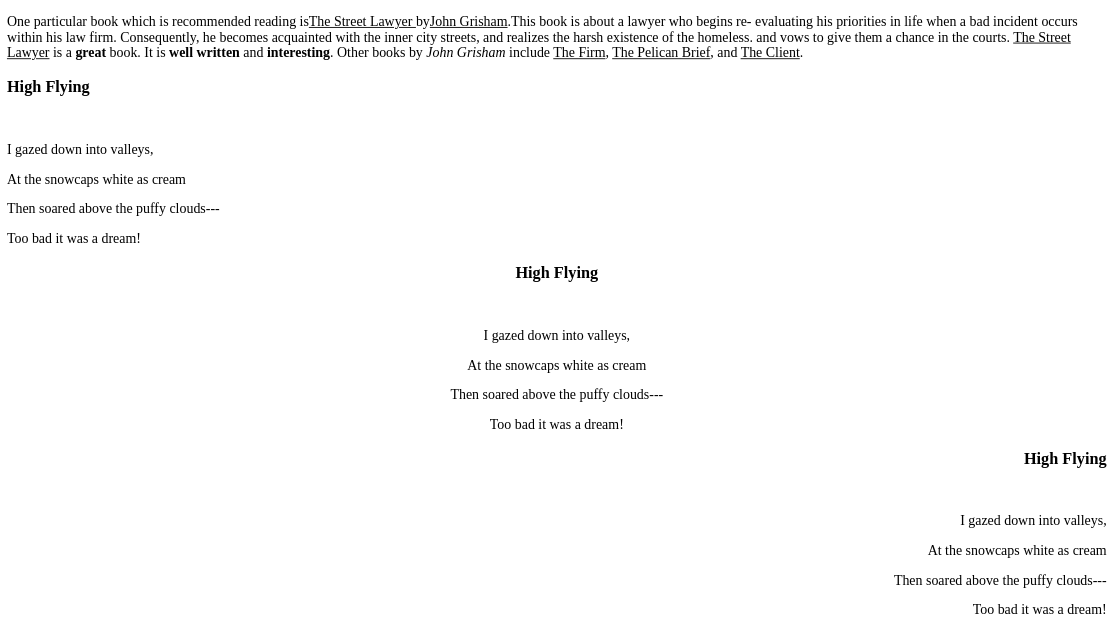
Repository: thu1365/TH_HTCNWEB
Page: HTML/Tuan01/BT.html
The author's editor kept a copy of each file at every save. The page is drawn from the files as they stood at one save, then again after the next save.
The browser window is 1280 px wide. The pictures show the whole page, at 87% of full size.

Above is the page before, as saved 2023-02-20 21:14:50.

### HTML/Tuan01/BT.html
<!DOCTYPE html>
<html lang="en">
<head>
    <meta charset="UTF-8">
    <meta http-equiv="X-UA-Compatible" content="IE=edge">
    <meta name="viewport" content="width=device-width, initial-scale=1.0">
    <title>Document</title>
</head>

<body>
    <body>
        <p> One particular book which is recommended reading is<u>The Street Lawyer </u>by<u>John Grisham</u>.This book is about a lawyer who begins re- evaluating his priorities in life when a bad incident occurs within his law firm. Consequently, he becomes acquainted with the inner city streets, and realizes the harsh existence of the homeless. and vows to give them a chance in the courts. <u>The Street Lawyer</u> is a <b>great</b> book. It is <b>well written</b> and <b>interesting</b>. Other books by <i>John Grisham</i> include <u>The Firm</u>, <u>The Pelican Brief</u>, and <u>The
            Client</u>. </p>
    <p>
        <h3> High Flying</h3>
        <img src="" alt=""/>
        <p>I gazed down into valleys,</p>
        <p>At the snowcaps white as cream</p>
        <p>Then soared above the puffy clouds---</p>
        <p>Too bad it was a dream!</p>
    </p>
    <center>
        <h3> High Flying</h3>
        <img src="" alt=""/>
        <p>I gazed down into valleys,</p>
        <p>At the snowcaps white as cream</p>
        <p>Then soared above the puffy clouds---</p>
        <p>Too bad it was a dream!</p>
    </center>
    <p>  <h3 align="right"> High Flying</h3>
        <img src="" alt=""/>
        <p align="right">I gazed down into valleys,</p>
        <p align="right">At the snowcaps white as cream</p>
        <p align="right">Then soared above the puffy clouds---</p>
        <p align="right">Too bad it was a dream!</p>
    </p>
</body>
</html>

After the next save:
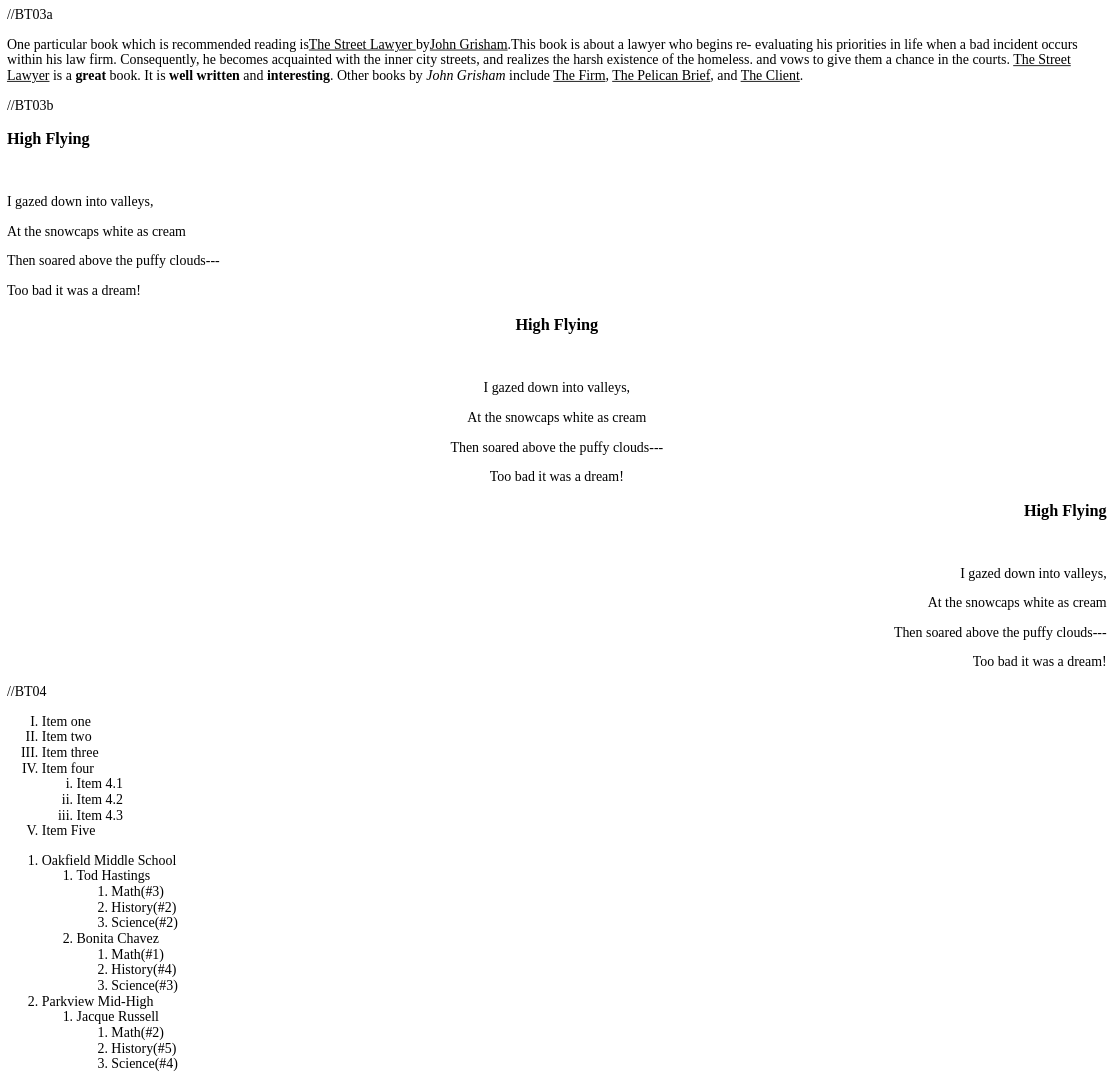
Saved 45 min 31 s later.
--- a/HTML/Tuan01/BT.html
+++ b/HTML/Tuan01/BT.html
@@ -8,9 +8,10 @@
 </head>
 
 <body>
-    <body>
+        //BT03a
         <p> One particular book which is recommended reading is<u>The Street Lawyer </u>by<u>John Grisham</u>.This book is about a lawyer who begins re- evaluating his priorities in life when a bad incident occurs within his law firm. Consequently, he becomes acquainted with the inner city streets, and realizes the harsh existence of the homeless. and vows to give them a chance in the courts. <u>The Street Lawyer</u> is a <b>great</b> book. It is <b>well written</b> and <b>interesting</b>. Other books by <i>John Grisham</i> include <u>The Firm</u>, <u>The Pelican Brief</u>, and <u>The
             Client</u>. </p>
+        //BT03b
     <p>
         <h3> High Flying</h3>
         <img src="" alt=""/>
@@ -34,5 +35,45 @@
         <p align="right">Then soared above the puffy clouds---</p>
         <p align="right">Too bad it was a dream!</p>
     </p>
+    //BT04
+    <ol type="I">
+        <li>Item one</li>
+        <li>Item two</li>
+        <li>Item three</li>
+        <li>Item four</li>
+    <ol type="i">
+        <li>Item 4.1</li>
+        <li>Item 4.2</li>
+        <li>Item 4.3</li>
+    </ol>
+        <li>Item Five</li>
+    </ol>
+
+    <ol type="I.">
+        <li> Oakfield Middle School</li>
+            <ol type="A.">
+                <li>Tod Hastings</li>
+                    <ol type="1.">
+                        <li>Math(#3)</li>
+                        <li>History(#2)</li>
+                        <li>Science(#2)</li>
+        </ol>
+                <li>Bonita Chavez</li>
+                    <ol type="1.">
+                        <li>Math(#1)</li>
+                        <li>History(#4)</li>
+                        <li>Science(#3)</li>
+        </ol>
+        </ol>
+        <li>Parkview Mid-High</li>
+            <ol type="A.">
+                <li>Jacque Russell</li>
+                    <ol type="1.">
+                        <li>Math(#2)</li>
+                        <li>History(#5)</li>
+                        <li>Science(#4)</li>
+                    </ol>
+            </ol>
+    </ol>
 </body>
 </html>
